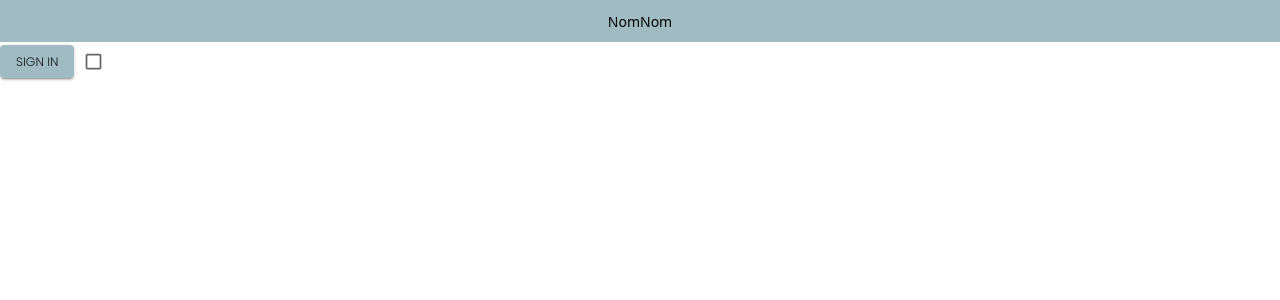
Repository: namphextra/portfolio
Page: /admin/login
An editor plug-in stored every save of this project. The page is shown before and after the next save, followed by the edit.
The browser window is 1280 px wide. The pictures show the whole page.
The page's requests for data from a server got no answer. The project was rebuilt for these pictures with package versions that can differ from the ones it lists, and the page was loaded fresh each time. The framework's server and built-in components were replaced by stand-ins that run in the browser. No one was signed in, and anything a server would have sent is missing. Also part of the build but not shown: next.config.js.

Above is the page before, as saved 2023-02-15 17:27:31.

After the next save:
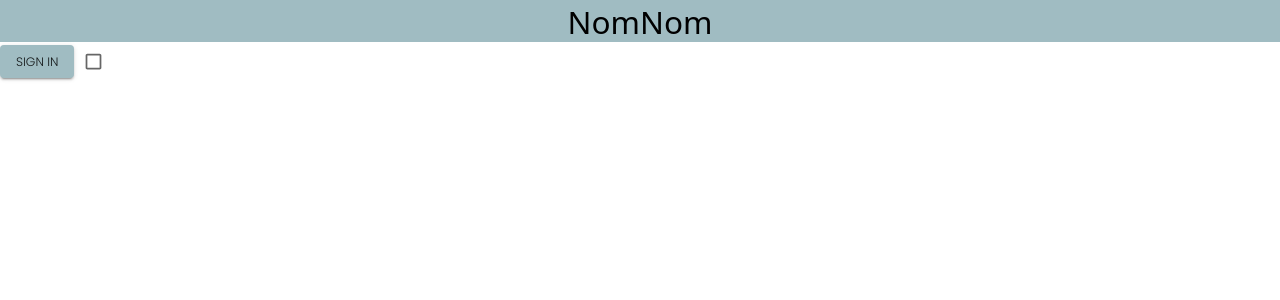
Saved 82 s later.
--- a/src/app/admin/layout.tsx
+++ b/src/app/admin/layout.tsx
@@ -8,7 +8,7 @@
   return (
     <>
       <header className="w-full h-12 bg-primary flex justify-center items-center">
-        <p className="font-pacifico text-base">NomNom</p>
+        <p className="font-pacifico text-4xl">NomNom</p>
       </header>
       {children}
     </>
